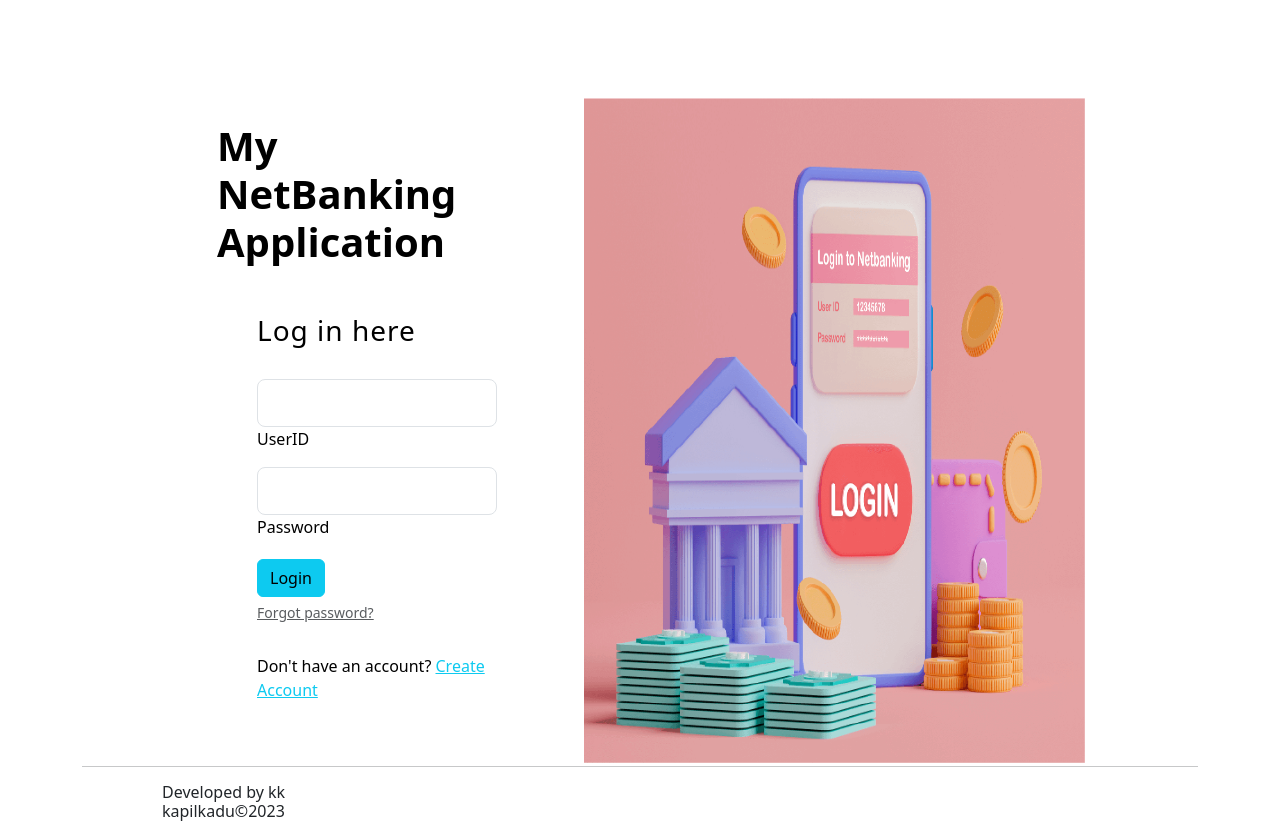
Repository: Kapil-06/My-Java-Projects
Page: http://localhost/MyNetBankingApplication/
The author's editor kept a copy of each file at every save. The page is drawn from the files as they stood at one save, then again after the next save.
The browser window is 1280 px wide. The pictures show the whole page.
The page is served by Tomcat 10.

Above is the page before, as saved 2023-05-17 04:31:03.

After the next save:
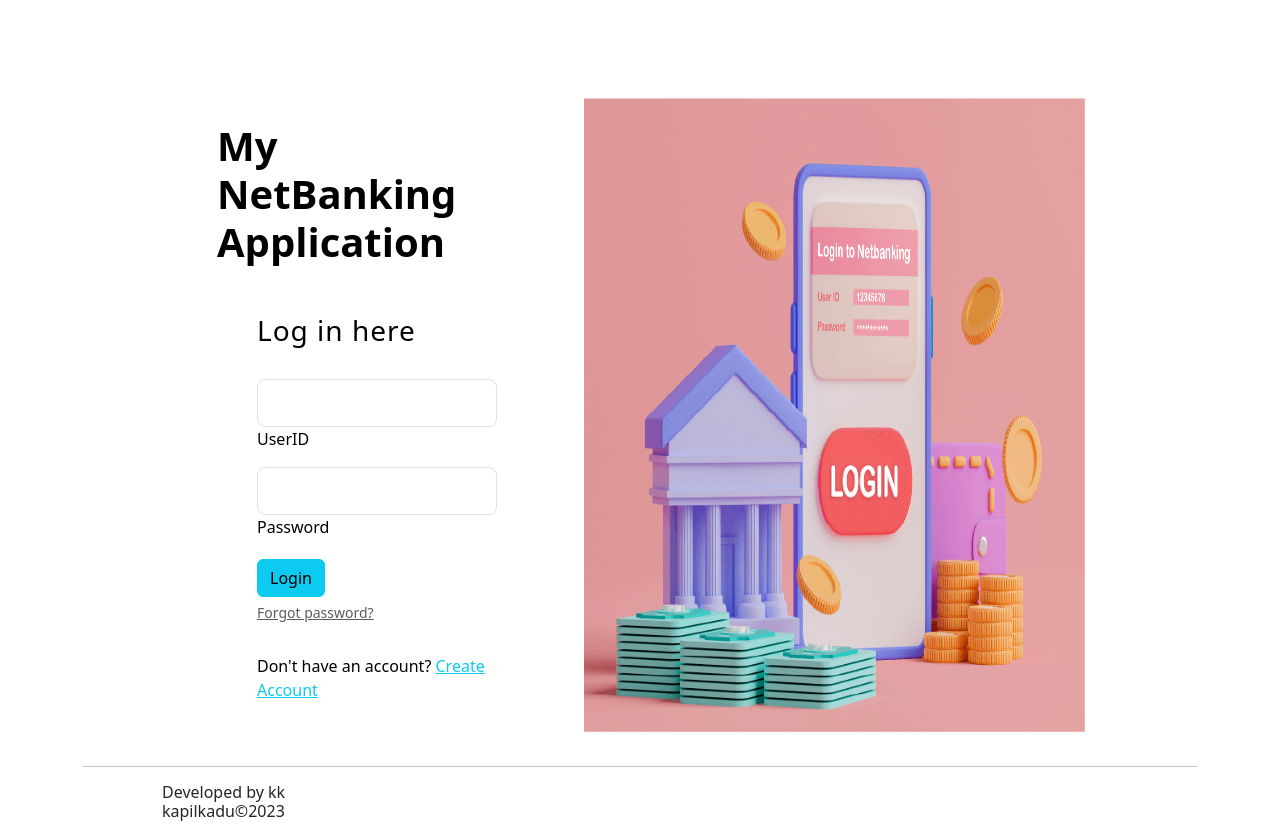
Saved 46 s later.
--- a/MyNetBankingApplication/src/main/webapp/index.jsp
+++ b/MyNetBankingApplication/src/main/webapp/index.jsp
@@ -53,7 +53,7 @@
                             </div>
                             <div class="col-sm-6 px-0 d-none d-sm-block">
                               <img src="Net-Banking.png"
-                                alt="Login image" class="w-100 vh-50" style="height: 110%; position: relative;">
+                                alt="Login image" class="w-100 vh-50" style="height: 105%; position: relative;">
                             </div>
                           </div>
                         </div>
